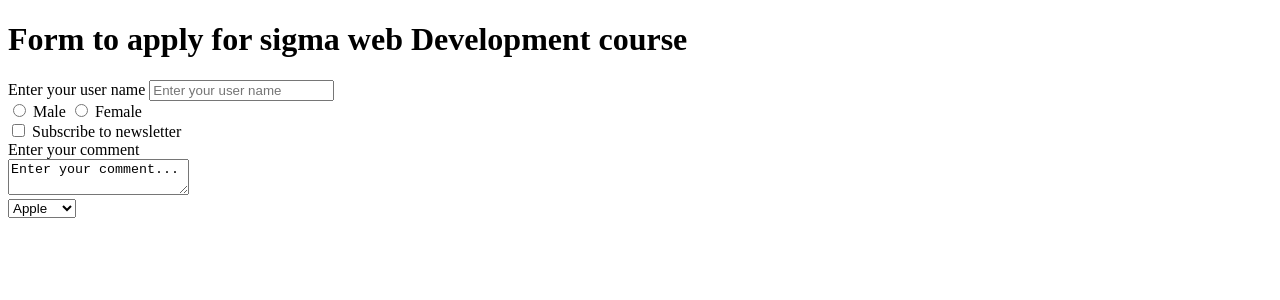
Repository: Mohan2347/Project-2
Page: 5.html
The author's editor kept a copy of each file at every save. The page is drawn from the files as they stood at one save, then again after a run of saves.
The browser window is 1280 px wide. The pictures show the whole page.

Above is the page before, as saved 2024-11-07 21:40:17.

After the next 4 saves:
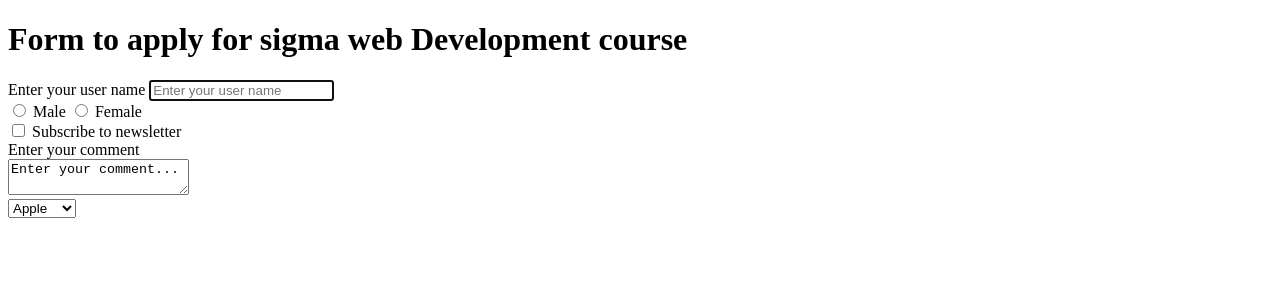
The 4 saves are shown as one change because they came seconds apart.
The last was saved 22 min 8 s later.
--- a/5.html
+++ b/5.html
@@ -12,7 +12,7 @@
     <form action="post">
         <div>
         <label for="username">Enter your user  name</label>
-        <input type="text" id="username" name="username" placeholder="Enter your user name">
+        <input type="text" id="username" name="username" placeholder="Enter your user name" autofocus>
     </div>
 
 
